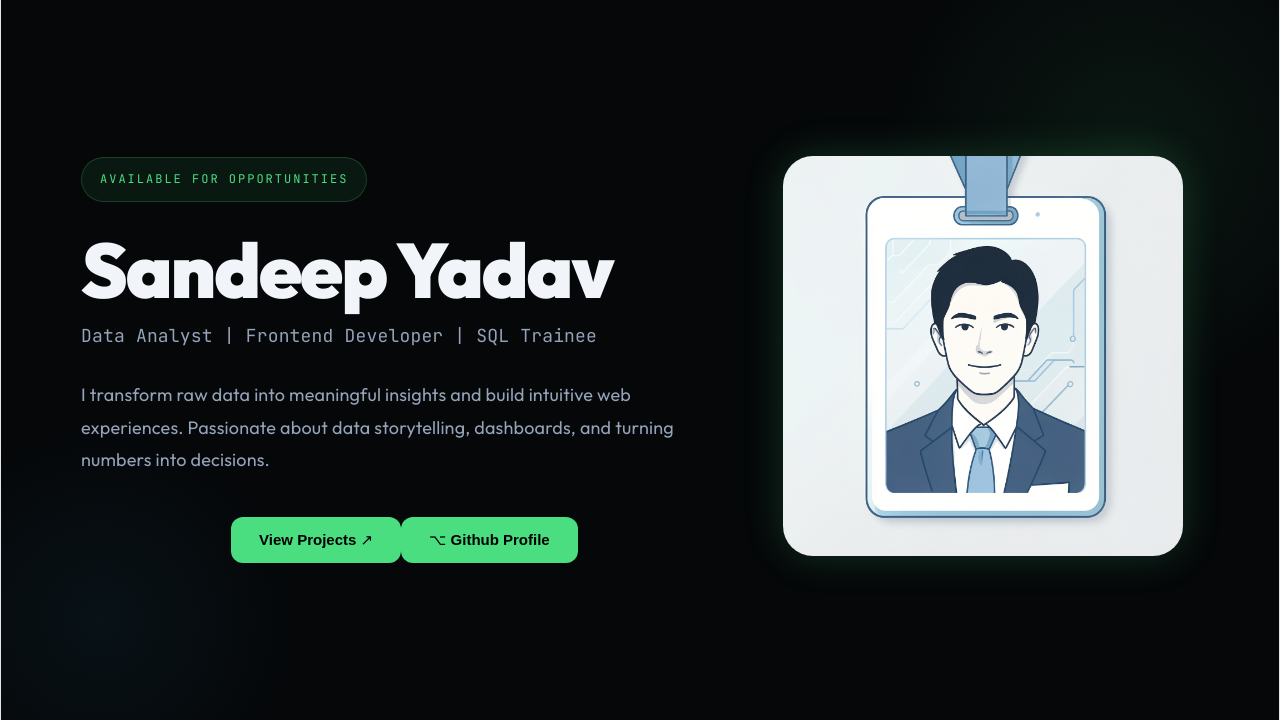
Repository: SandeepYadav18717/sandeepyadav
Page: / (app in Datanaltics_ portfolio/)
The author's editor kept a copy of each file at every save. The page is drawn from the files as they stood at one save, then again after a run of saves.
The browser window is 1280 px wide. The pictures show the whole page.
The project was rebuilt for these pictures with package versions that can differ from the ones it lists, and the page was loaded fresh each time. Also part of the build but not shown: Datanaltics_ portfolio/vite.config.js, Datanaltics_ portfolio/src/App.css.

Above is the page before, as saved 2026-05-23 05:02:10.

After the next 2 saves:
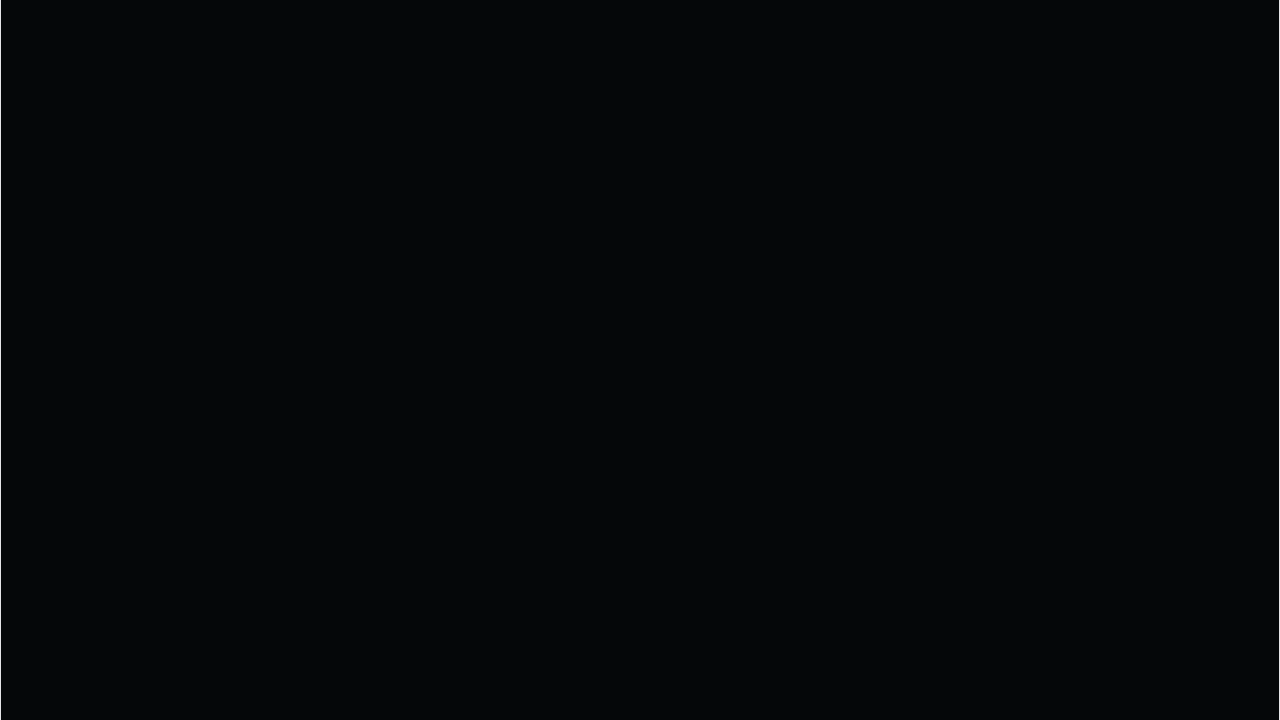
Console error: ReferenceError: id is not defined
The 2 saves are shown as one change because 1 did not build or start.
The last was saved 2 min 3 s later.
--- a/Datanaltics_ portfolio/src/Components/button.jsx
+++ b/Datanaltics_ portfolio/src/Components/button.jsx
@@ -1,4 +1,4 @@
-function Button({id, text, onClick }) {
+function Button({ClassName, text, onClick }) {
   return (
     <button id={id}onClick={onClick} className="btn">
       {text}

After the save that followed:
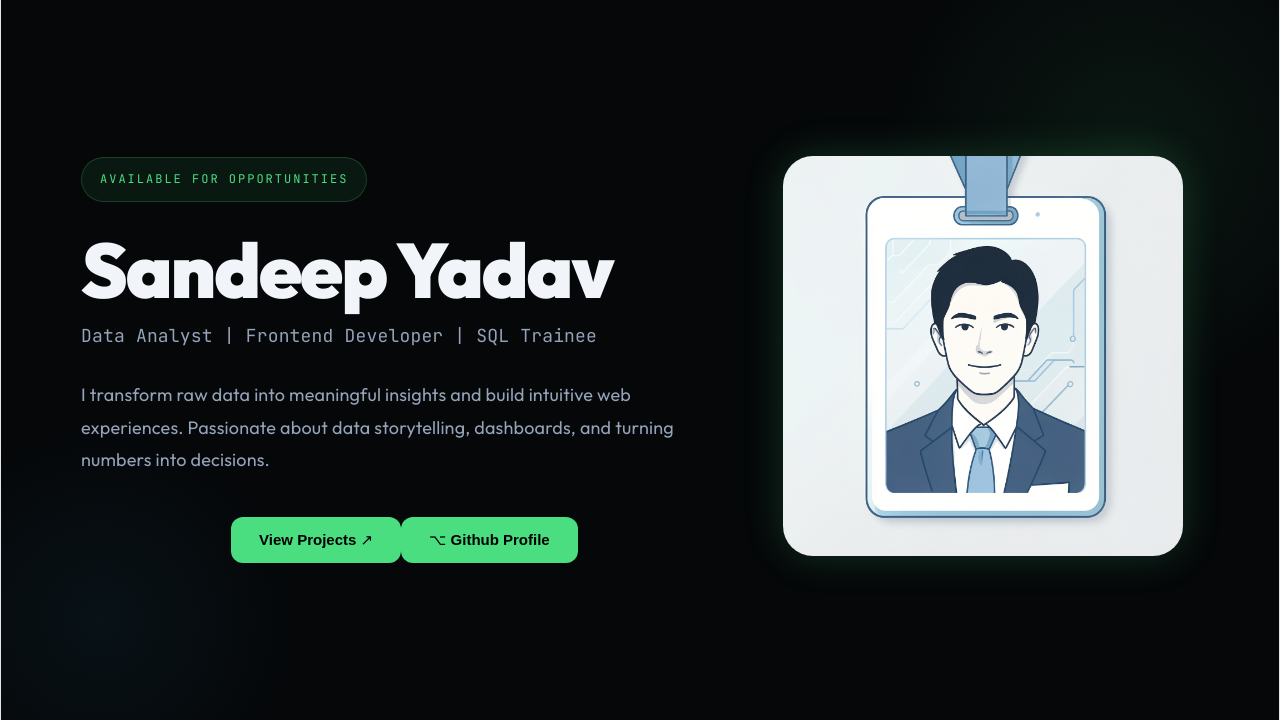
The error is gone.
Saved 6 s later.
--- a/Datanaltics_ portfolio/src/Components/button.jsx
+++ b/Datanaltics_ portfolio/src/Components/button.jsx
@@ -1,6 +1,6 @@
 function Button({ClassName, text, onClick }) {
   return (
-    <button id={id}onClick={onClick} className="btn">
+    <button id={ClassName}onClick={onClick} className="btn">
       {text}
     </button>
   );
